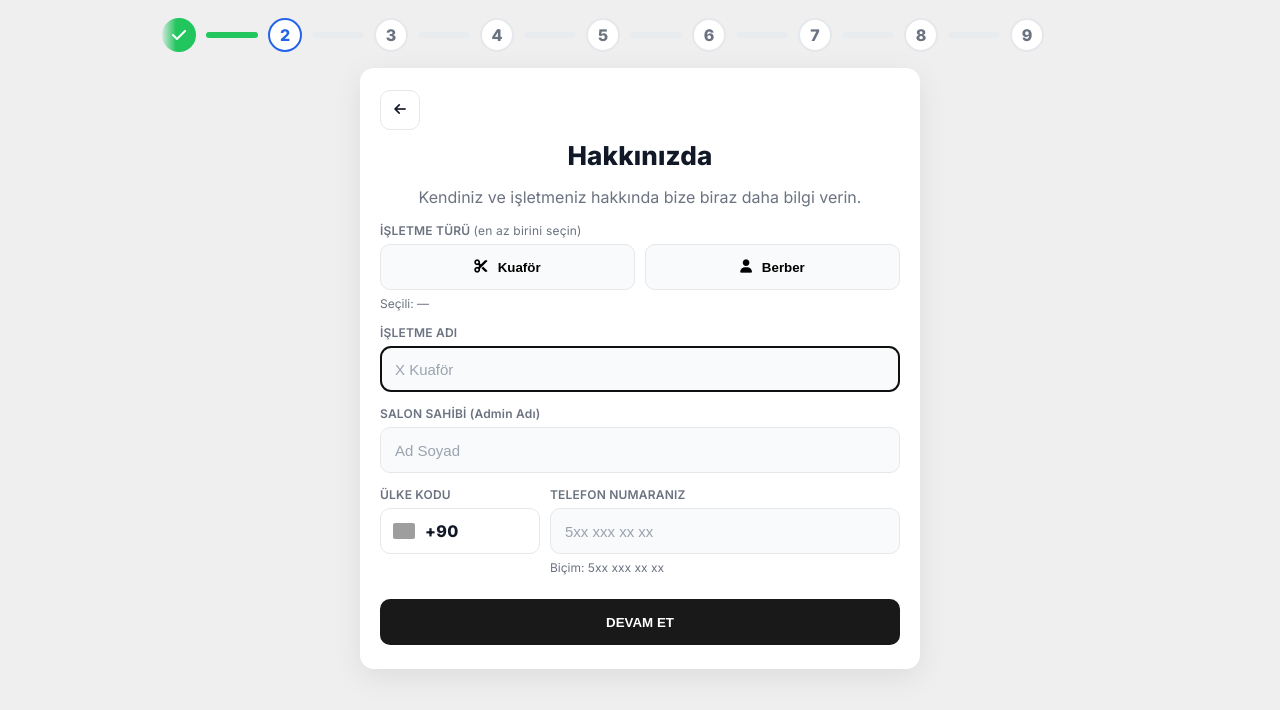
Repository: berberim1/berberapp
Page: admin-register2.html
The author's editor kept a copy of each file at every save. The page is drawn from the files as they stood at one save, then again after the next save.
The browser window is 1280 px wide. The pictures show the whole page.
Pictures or frames that could not be fetched are drawn as grey boxes.

Above is the page before, as saved 2025-09-21 21:00:57.

After the next save:
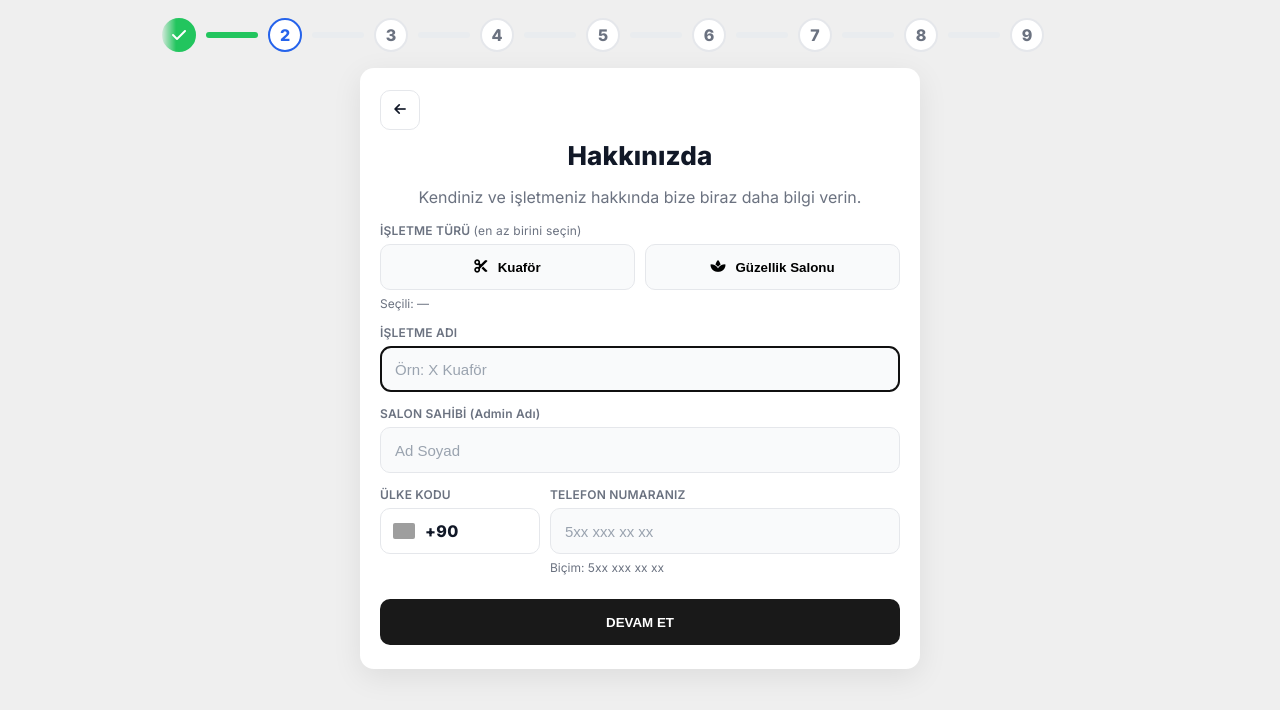
Saved 7 min 25 s later.
--- a/admin-register2.html
+++ b/admin-register2.html
@@ -3,6 +3,7 @@
 <head>
   <meta charset="utf-8"/>
   <meta name="viewport" content="width=device-width, initial-scale=1, viewport-fit=cover"/>
+  <meta name="robots" content="noindex,nofollow"/>
   <meta name="theme-color" content="#ffffff" media="(prefers-color-scheme: light)">
   <meta name="theme-color" content="#111827" media="(prefers-color-scheme: dark)">
   <title>Yönetici Kaydı – Hakkınızda</title>
@@ -135,15 +136,15 @@
       <div class="row">
         <label>İŞLETME TÜRÜ <span style="font-weight:400">(en az birini seçin)</span></label>
         <div class="segmented" role="group" aria-label="İşletme türü">
-          <button type="button" id="btnKuafor" class="seg-btn" aria-pressed="false"><i class="fa-solid fa-scissors"></i> Kuaför</button>
-          <button type="button" id="btnBerber" class="seg-btn" aria-pressed="false"><i class="fa-solid fa-user"></i> Berber</button>
+          <button type="button" id="btnKuafor"   class="seg-btn" aria-pressed="false"><i class="fa-solid fa-scissors"></i> Kuaför</button>
+          <button type="button" id="btnGuzellik" class="seg-btn" aria-pressed="false"><i class="fa-solid fa-spa"></i> Güzellik Salonu</button>
         </div>
         <div class="help" id="typeHelp" aria-live="polite">Seçili: —</div>
       </div>
 
       <div class="row">
         <label for="business">İŞLETME ADI</label>
-        <input id="business" type="text" placeholder="X Kuaför" required
+        <input id="business" type="text" placeholder="Örn: X Kuaför" required
                inputmode="text" autocapitalize="words" autocomplete="organization"/>
       </div>
 
@@ -175,10 +176,9 @@
   <div id="toast" class="toast" role="status" aria-live="polite"></div>
 
   <script type="module">
-    // Akış kontrol (isteğe bağlı): bir önceki adım tamamlanmış mı?
+    // Akış kontrol (opsiyonel)
     const LAST_KEY   = "admin_onboarding_last_step";
     const lastStep   = (localStorage.getItem(LAST_KEY) || "");
-    // İstersen şu satırı açıp 1. adım tamam değilse geri yolla:
     // if (lastStep !== "1") location.replace("admin-register1.html");
 
     // --- Anahtarlar ---
@@ -195,14 +195,14 @@
     }
 
     // Elemanlar
-    const btnKuafor=$("#btnKuafor");
-    const btnBerber=$("#btnBerber");
-    const typeHelp=$("#typeHelp");
-    const business=$("#business");
-    const yourname=$("#yourname");
-    const phone=$("#phone");
-    const btnBack=$("#btnBack");
-    const form=$("#aboutForm");
+    const btnKuafor   = $("#btnKuafor");
+    const btnGuzellik = $("#btnGuzellik");
+    const typeHelp    = $("#typeHelp");
+    const business    = $("#business");
+    const yourname    = $("#yourname");
+    const phone       = $("#phone");
+    const btnBack     = $("#btnBack");
+    const form        = $("#aboutForm");
 
     // Telefon maskesi
     function maskPhone(v){
@@ -222,8 +222,8 @@
     // Tür seçimi (toggle + klavye)
     function refreshHelp(){
       const arr=[];
-      if(btnKuafor.getAttribute("aria-pressed")==="true") arr.push("Kuaför");
-      if(btnBerber.getAttribute("aria-pressed")==="true") arr.push("Berber");
+      if(btnKuafor.getAttribute("aria-pressed")==="true")   arr.push("Kuaför");
+      if(btnGuzellik.getAttribute("aria-pressed")==="true") arr.push("Güzellik Salonu");
       typeHelp.textContent="Seçili: "+(arr.length?arr.join(" + "):"—");
     }
     function toggleBtn(btn){
@@ -231,22 +231,30 @@
       btn.setAttribute("aria-pressed", String(!state));
       refreshHelp();
     }
-    [btnKuafor, btnBerber].forEach(b=>{
+    [btnKuafor, btnGuzellik].forEach(b=>{
       b.addEventListener("click", ()=> toggleBtn(b));
       b.addEventListener("keydown", (e)=>{ if(e.key===" "||e.key==="Enter"){ e.preventDefault(); toggleBtn(b); }});
     });
 
-    // localStorage'dan oku ve formu doldur
+    // localStorage'dan oku ve formu doldur (+ küçük migration: 'berber' -> 'kuafor')
     function loadProfile(){
       try{
         const raw = localStorage.getItem(K_PROFILE);
         if(!raw) return;
         const p = JSON.parse(raw);
 
-        if(Array.isArray(p.businessTypes)){
-          btnKuafor.setAttribute("aria-pressed", String(p.businessTypes.includes("kuafor")));
-          btnBerber.setAttribute("aria-pressed", String(p.businessTypes.includes("berber")));
+        // Migration: eski 'berber' kaydı varsa kuaför'e çevir (ve kaydet)
+        if (Array.isArray(p.businessTypes)) {
+          let types = p.businessTypes.filter(Boolean).map(String);
+          if (types.includes("berber") && !types.includes("kuafor")) {
+            types = types.filter(t => t !== "berber").concat("kuafor");
+            p.businessTypes = types;
+            localStorage.setItem(K_PROFILE, JSON.stringify(p));
+          }
+          btnKuafor.setAttribute("aria-pressed",   String(types.includes("kuafor")));
+          btnGuzellik.setAttribute("aria-pressed", String(types.includes("guzellik")));
         }
+
         business.value = p.businessName || "";
         yourname.value = p.adminName || "";
         if(p.adminPhone) phone.value = maskPhone(String(p.adminPhone));
@@ -275,8 +283,8 @@
     function validateFields(){
       let ok=true;
       const types=[];
-      if(btnKuafor.getAttribute("aria-pressed")==="true") types.push("kuafor");
-      if(btnBerber.getAttribute("aria-pressed")==="true") types.push("berber");
+      if(btnKuafor.getAttribute("aria-pressed")==="true")   types.push("kuafor");
+      if(btnGuzellik.getAttribute("aria-pressed")==="true") types.push("guzellik");
       if(types.length===0){ ok=false; showToast("Lütfen işletme türü seçin."); }
 
       const nameBusiness = business.value.trim();
@@ -300,7 +308,7 @@
       if(!ok) return;
 
       const profile = {
-        businessTypes: types,     // ["kuafor","berber"]
+        businessTypes: types,     // ["kuafor","guzellik"]
         businessName:  nameBusiness,
         adminName:     nameAdmin,
         adminPhone:    national   // 10 hane, sadece rakam
